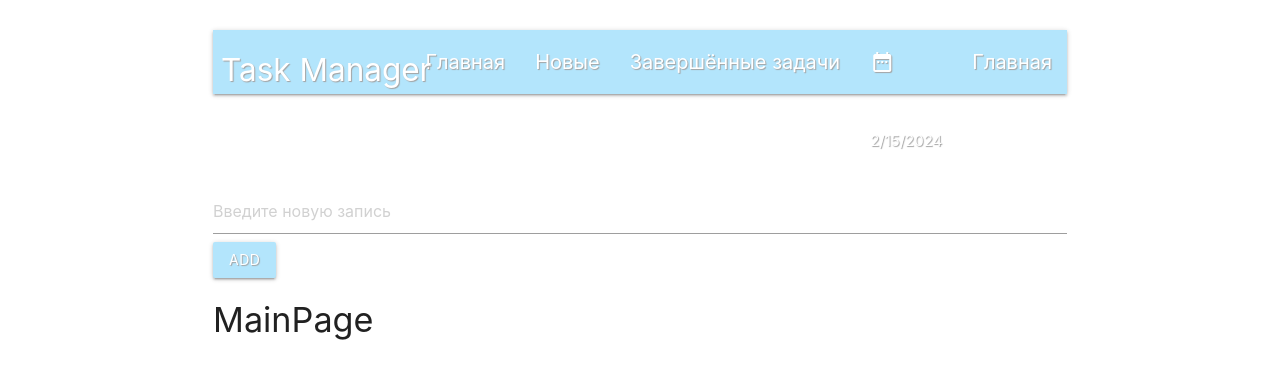
Repository: iveivs/myReactTaskManager
Page: /
The author's editor kept a copy of each file at every save. The page is drawn from the files as they stood at one save, then again after a run of saves.
The browser window is 1280 px wide. The pictures show the whole page.
The project was rebuilt for these pictures with package versions that can differ from the ones it lists, and the page was loaded fresh each time. Also part of the build but not shown: vite.config.js, src/components/DoneTasks.jsx, src/components/NewTasks.jsx.

Above is the page before, as saved 2024-02-15 15:06:15.

### index.html
<!doctype html>
<html lang="en">
  <head>
    <meta charset="UTF-8" />
    <link rel="icon" type="image/svg+xml" href="/vite.svg" />
    <meta name="viewport" content="width=device-width, initial-scale=1.0" />
    <link rel="stylesheet" href="https://cdnjs.cloudflare.com/ajax/libs/materialize/1.0.0/css/materialize.min.css">
    <link href="https://fonts.googleapis.com/icon?family=Material+Icons" rel="stylesheet">
    <title>Task Manager</title>
  </head>
  <body>
    <div id="root"></div>
    <script type="module" src="/src/main.jsx"></script>
  </body>
</html>

### src/main.jsx
import React from 'react'
import ReactDOM from 'react-dom/client'
import { BrowserRouter } from 'react-router-dom';
import App from './App.jsx'
import './index.css'

ReactDOM.createRoot(document.getElementById('root')).render(
  <BrowserRouter>
    <App />
  </BrowserRouter>,
)

### src/App.jsx
import { useState, useEffect } from 'react'
import { Routes, Route } from 'react-router-dom'
import './App.css'
import DoneTasks from './components/DoneTasks'
import Header from './components/Header'
import MainPage from './components/MainPage'
import NewTasks from './components/NewTasks'
import { DataContext } from './components/DataContext'

function App() {
  const [input, setInput] = useState('')
  const [tasks, setTasks] = useState()


  // localStorage.setItem('tasks', JSON.stringify(tasks))
  const renderLocalStorageData = () => {
    const data = localStorage.getItem("tasks")
    console.log(data);
    if (data) {
        return JSON.parse(data);
    } else {
        return []
    }
}

useEffect(()=> {
  setTasks(renderLocalStorageData)
}, [])

  const handleChange = (event) => {
    setInput(event.target.value)
  }

  const handleClick = () => {
    let id = tasks.length > 0 ? tasks[tasks.length - 1].id + 1 : 1
    const newTask = {
      task: input,
      id: id
    }
    // console.log('newTask',newTask);

    setTasks([...tasks, newTask])

    localStorage.setItem('tasks', JSON.stringify(tasks))

    setInput('')
    console.log('tasks',tasks);
  }

  return (
    <>
    <DataContext.Provider value={{
      tasks,
      setTasks
    }}>
      <div className="container">
        <Header  />
        <input
          placeholder='Введите новую запись'
          className='inputMain'
          value={input}
          onChange={(e) => handleChange(e)}
          type="text" />
        <button className='btn light-blue lighten-4' onClick={handleClick}>ADD</button>
        <Routes>
          <Route index element={<MainPage />} />
          <Route path="/new" element={<NewTasks />} />
          <Route path="/done" element={<DoneTasks  />} />
        </Routes>

        {/* { input && <h4>{input}</h4> } */}
        {/* { tasks && (
          tasks.map(e => <p key={e}>task: {e}</p>)
        )} */}
      </div>
      </DataContext.Provider>
    </>
  )
}

export default App

### src/index.css

.nav-wrapper {
    padding-left: 8px;
    text-shadow: 1px 1px 1px #a3a3a3;
    /* display: flex ;
    flex-direction: row;
    justify-content: space-between;
    align-items: center; */
}
.nav-wrapper ul li {
    font-size: 24px !important;
}
.listItem{
    font-size: 18px !important;
}
.btn {
    text-shadow: 1px 1px 1px #a3a3a3;
}

/* nav {
    background-color: #b3e5fc
} */

### src/App.css
#root {
  max-width: 1280px;
  margin: 0 auto;
  padding: 2rem;

}

### src/components/Header.jsx
import { Link } from "react-router-dom";
import DateElement from "./DateElement";

export default function Header() {
    return (
        <nav className="light-blue lighten-4">
            <div className="nav-wrapper">
                <h4 className="brand-logo">
                    Task Manager
                </h4>
                {/* <* id="nav-mobile" className="right hide-on-med-and-down"> */}
                <ul className="right">
                    <li className="listItem" >
                        <Link style={{fontSize: '20px'}} to="/">Главная</Link>
                    </li>
                    <li>
                        <Link style={{fontSize: '20px'}} to="/new">Новые</Link>
                    </li>
                    <li>
                        <Link style={{fontSize: '20px'}} to="/done">Завершённые задачи</Link>
                    </li>
                    <li >
                        <Link> {<DateElement  />}</Link>
                    </li>
                    <li className="listItem" >
                        <Link style={{fontSize: '20px'}} to="/">Главная</Link>
                    </li>
                </ul>

            </div>
        </nav>
    );
}

// export default function Header() {
//     document.addEventListener('DOMContentLoaded', function() {
//         const elems = document.querySelectorAll('.sidenav');
//         var instances = M.Sidenav.init(elems, options);
//     });

//     return (
//         <>
//             <nav>
//                 <div className="nav-wrapper">
//                     <a href="#!" className="brand-logo">Logo</a>
//                     <a href="#" data-target="mobile-demo" className="sidenav-trigger"><i className="material-icons">menu</i></a>
//                     <ul className="right hide-on-med-and-down">
//                         <li>
//                             <Link to="/">Главная</Link>
//                         </li>
//                         <li>
//                             <Link to="/new">Новые</Link>
//                         </li>
//                         <li>
//                             <Link to="/done">Завершённые</Link>
//                         </li>
//                         <li>
//                             <DateElement  />
//                         </li>
//                     </ul>
//                 </div>
//             </nav>

//             <ul className="sidenav" id="mobile-demo">
//                 <li>Sass</li>
//                 <li><a href="badges.html">Components</a></li>
//                 <li><a href="collapsible.html">Javascript</a></li>
//                 <li><a href="mobile.html">Mobile</a></li>
//             </ul>
//         </>

//     );
// }

### src/components/MainPage.jsx
import { useEffect } from "react"
import { DataContext } from "./DataContext"
import { useContext } from "react"

export default function MainPage () {
    const { tasks } = useContext(DataContext)
    // console.log(tasks);
    return (
        <div>
            <h4>MainPage</h4>
            { tasks && (
                tasks.map(task => (
                    <p key={task.id }>main task test: {task.task}</p>
                ))
            )}
        </div>
    )
}

### src/components/DataContext.js
import { createContext } from "react"
const initialState = {
    tasks: [],
    loading: false,
    setTasks: () => {
    }
}

export const DataContext = createContext(initialState)

### src/components/DateElement.jsx
import { useEffect, useState } from "react"

export default function DateElement () {
    const [now, setNow] = useState(new Date())

    useEffect
    return (
        <>
            <i className="material-icons">date_range</i>
            <p>{now.toLocaleDateString()}</p>

        </>
    )
}

After the next 2 saves:
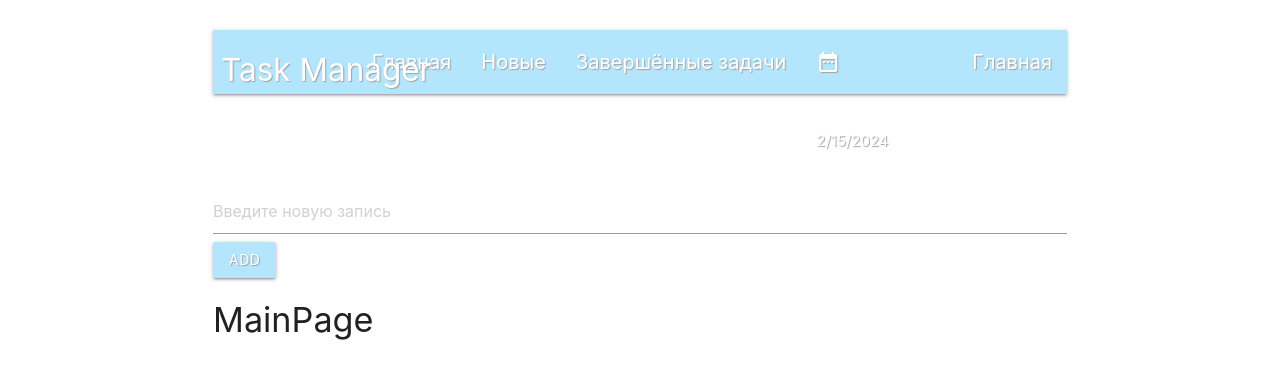
The 2 saves are shown as one change because they came seconds apart.
The last was saved 14 s later.
--- a/src/components/DateElement.jsx
+++ b/src/components/DateElement.jsx
@@ -6,7 +6,7 @@
     useEffect
     return (
         <>
-            <i className="material-icons">date_range</i>
+            <i className="material-icons">date_range text</i>
             <p>{now.toLocaleDateString()}</p>
 
         </>

After the save that followed:
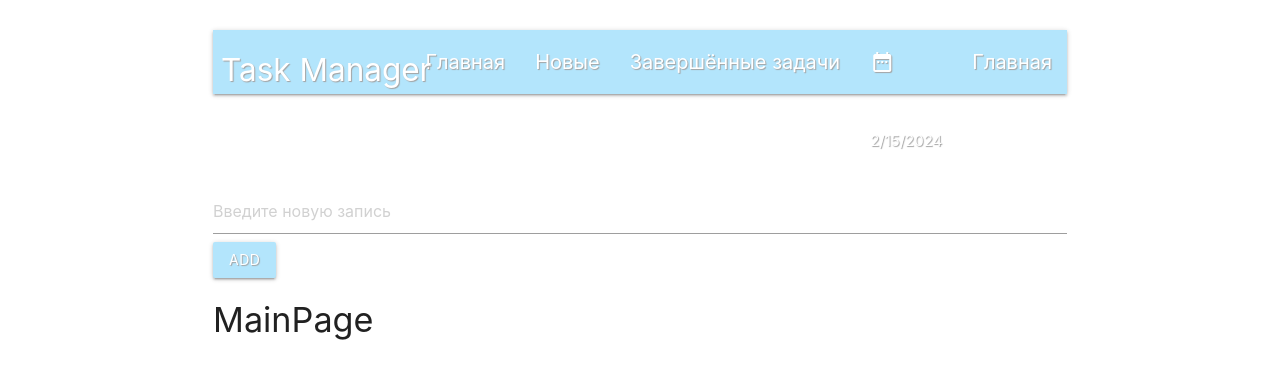
Saved 7 s later.
--- a/src/components/DateElement.jsx
+++ b/src/components/DateElement.jsx
@@ -6,7 +6,7 @@
     useEffect
     return (
         <>
-            <i className="material-icons">date_range text</i>
+            <i className="material-icons">date_range</i>
             <p>{now.toLocaleDateString()}</p>
 
         </>
